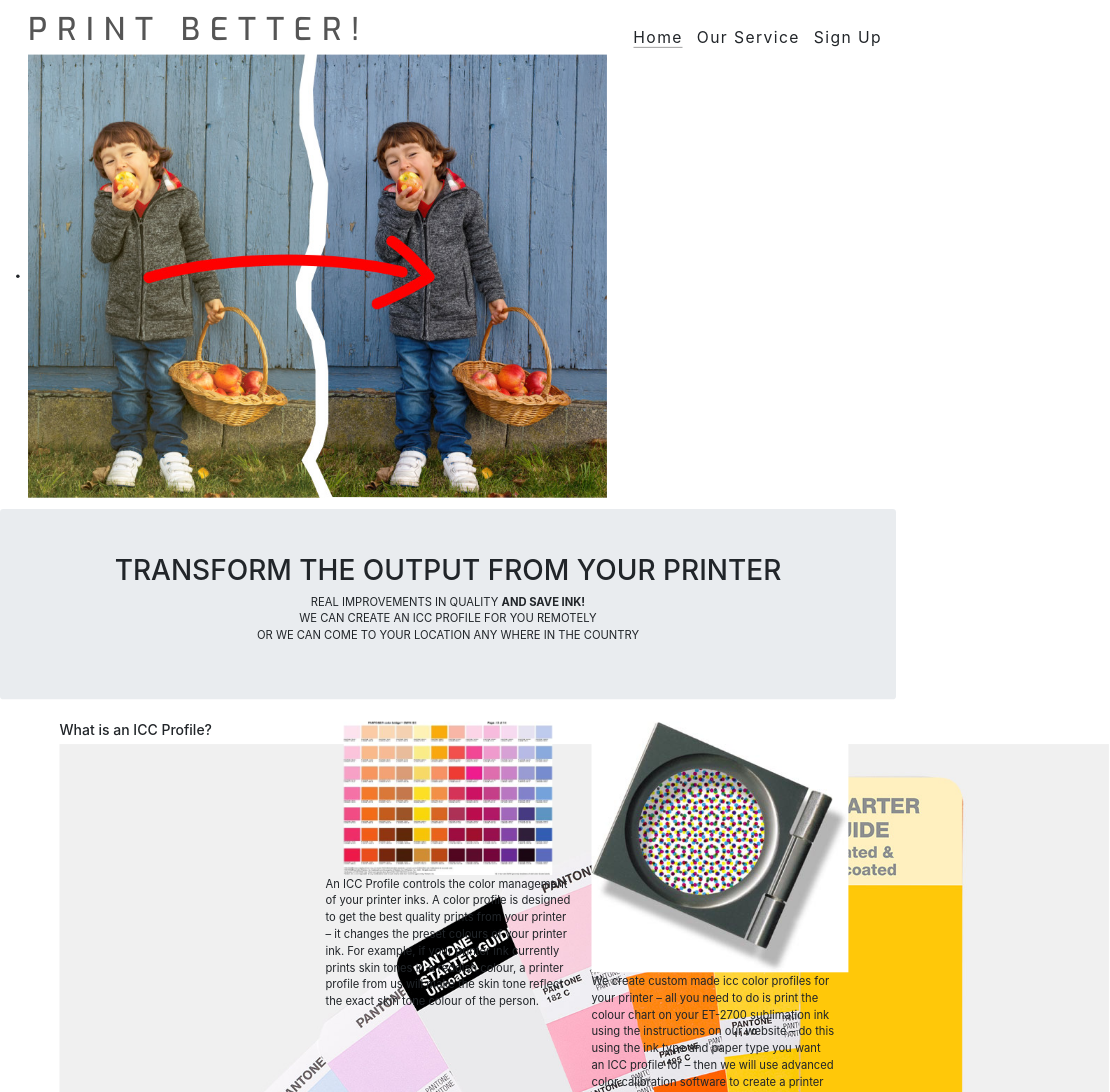
Repository: marks530/first_milestone
Page: index.html
The author's editor kept a copy of each file at every save. The page is drawn from the files as they stood at one save, then again after the next save.
The browser window is 1280 px wide. The page is 1585 px wide, so the pictures cover 1585 px, including what lies to the right of the window. The pictures show the part of the page from y = 0 to 1560 px (the page is 2787 px tall before and 2974 px after), at 70% of full size.
Some web libraries are served in a nearby version.

Above is the page before, as saved 2021-03-15 14:47:54.

### index.html
<!DOCTYPE html>
<html lang="en">

<head>
    <meta charset="UTF-8">
    <meta http-equiv="X-UA-Compatible" content="IE=edge">
    <meta name="viewport" content="width=device-width, initial-scale=1.0">
    <link href="css/style.css" rel="stylesheet" type="text/css" />
    <link rel="stylesheet" href="https://maxcdn.bootstrapcdn.com/bootstrap/4.2.1/css/bootstrap.min.css" type="text/css" />
    <link rel="stylesheet" href="https://maxcdn.bootstrapcdn.com/font-awesome/4.7.0/css/font-awesome.min.css" type="text/css" />
    <link rel="stylesheet" href="https://cdnjs.cloudflare.com/ajax/libs/hover.css/2.1.1/css/hover-min.css" type="text/css" />
    <title>Print Better</title>
</head>

<body>
    <header>
        <a href="index.html">
            <h2 id="logo">Print Better!</h2>
        </a>
        <nav>
            <ul id="menu">
                <li>
                    <a href="#">Sign Up</a>
                </li>
                <li>
                    <a href="service.html">Our Service</a>
                </li>

                <li>
                    <a class="active" href="index.html">Home</a>
                </li>

            </ul>
        </nav>
    </header>

    <section>

        <div>
            <ul id="loupe">
                <li>
                    <img src="images/before-after-profile.jpg" class="old-new">
                </li>

            </ul>
        </div>
        <div class="jumbotron text-center">
            <h1 class="uppercase">Transform the output from your Printer</h1>
            <p class="uppercase">Real improvements in quality <strong>and save ink!</strong><br>We can create an ICC profile for you remotely <br>or we can come to your location any where in the country
            </p>
        </div>
        <div class="container">
            <div class="row">
                <div class="col-sm-4">
                    <h5>What is an ICC Profile?</h5>
                    <img src="images/GG1511-pantone-graphics-starter-guide-pms-spot-color-selections-product-1.jpg" id="reduce">
                    <p>We can create an ICC profile for you remotely or we can come to your location any where in the country</p>

                </div>
                <div class="col-sm-4">

                    <img src="images/175ef3e6fb426de1555684fc70da2bc0.jpg" class="center" id="reduce">
                    <p>An ICC Profile controls the color management of your printer inks. A color profile is designed to get the best quality prints from your printer – it changes the preset colours of your printer ink. For example, if your printer ink currently
                        prints skin tones in a reddish colour, a printer profile from us will make the skin tone reflect the exact skin tone colour of the person. </p>

                </div>
                <div class="col-sm-4">

                    <img src="images/Loupe.png" id="reduce">
                    <p>We create custom made icc color profiles for your printer – all you need to do is print the colour chart on your ET-2700 sublimation ink using the instructions on our website – do this using the ink type and paper type you want an
                        ICC profile for – then we will use advanced color calibration software to create a printer profile for your Epson ET-2700 sublimation ink. We will then email this to you, and when printing your documents you will set your printer
                        settings to this printer profile so you gain the highest quality prints you can. </p>

                </div>
            </div>
        </div>

    </section>
    <footer class="container-fluid">
        <div id="footer-details" class="row">
            <div class="col-sm-4">
                <h5 class="uppercase general-sub">About</h5>
                <p class="inline-block">
                    Website created with images courtesy of Epson and X-Rite
                    <i class="fa fa-download" aria-hidden="true"></i>
                    <span class="sr-only">Download link</span>
                </p>
            </div>
            <div class="col-sm-4">
                <h5 class="uppercase general-sub">Service</h5>
                <p class="inline-block">
                    Website created with images courtesy of Epson and X-Rite

                </p>
            </div>
            <div class="col-sm-4">
                <h5 class="uppercase general-sub">Social</h5>
                <ul class="list-inline social-links">

                    <li class="list-inline-item">
                        <a href="#" target="_blank">
                            <i class="fa fa-twitter" aria-hidden="true"></i>
                            <span class="sr-only">Twitter</span>
                        </a>
                    </li>
                    <li class="list-inline-item">
                        <a href="#" target="_blank">
                            <i class="fa fa-facebook" aria-hidden="true"></i>
                            <span class="sr-only">Facebook</span>
                        </a>
                    </li>
                    <li class="list-inline-item">
                        <a href="#" target="_blank">
                            <i class="fa fa-instagram" aria-hidden="true"></i>
                            <span class="sr-only">Instagram</span>
                        </a>
                    </li>


                </ul>
            </div>

        </div>


    </footer>
</body>

</html>

### css/style.css
@import url('https://fonts.googleapis.com/css?family=Roboto:100,200,300,400,500,600,700|Exo:100,200,300,400,500,600,700');
body {
    font-family: Roboto;
    color: #777777
}

h2 {
    font-family: Exo;
    text-transform: uppercase;
    letter-spacing: 14px;
    color: #555555
}

#logo {
    float: left;
    font-size: 280%;
    margin-left: 40px;
}

#menu {
    font-size: 140%;
    list-style-type: none;
    letter-spacing: 2px;
}

#menu {
    line-height: 75px;
}

#menu li {
    float: right;
    margin-right: 20px;
}

#menu a {
    text-decoration: none;
    color: inherit;
}

#menu a:hover {
    border-bottom: 1px solid #777777;
}

.active {
    border-bottom: 1px solid #777777;
}

.center {
    display: block;
    margin-left: auto;
    margin-right: auto;
    width: 85%;
}

.old-new {
    max-width: 100%;
    height: auto;
    object-fit: contain;
}

#reduce {
    height: auto;
}

#move-image-down {
    margin-top: 30px;
}

.jumbotron {
    padding-left: 20px;
    padding-right: 20px;
}


/*---------------Special paddings/margins/text */

h1,
h2,
h3,
h4 {
    margin: 0;
}

.uppercase {
    text-transform: uppercase;
}

.general-sub {
    font-family: "Exo", sans serif;
    font-weight: 300;
    color: #fafafa;
}


/*---------------Footer */

footer {
    background-color: #525252;
    color: #fafafa;
    min-height: 120px;
    margin: 0;
}

.inline-block {
    display: inline-block;
}

.social-links {
    padding-bottom: 15px;
}

.social-links li a i {
    width: 32px;
    height: 32px;
    padding: 12px 0;
    border-radius: 50%;
    font-size: 13px;
    line-height: 7px;
    text-align: center;
    color: #fafafa;
    background: #8f8f8f;
    transition: all 0.35s ease-in-out;
    -moz-transition: all 0.35s ease-in-out;
    -webkit-transition: all 0.35s ease-in-out;
    -o-transition: all 0.35s ease-in-out;
}

.social-links li a i:hover {
    background: #e84610;
}

#footer-details {
    padding: 20px;
}

#footer-details {
    padding: 20px;
}

After the next save:
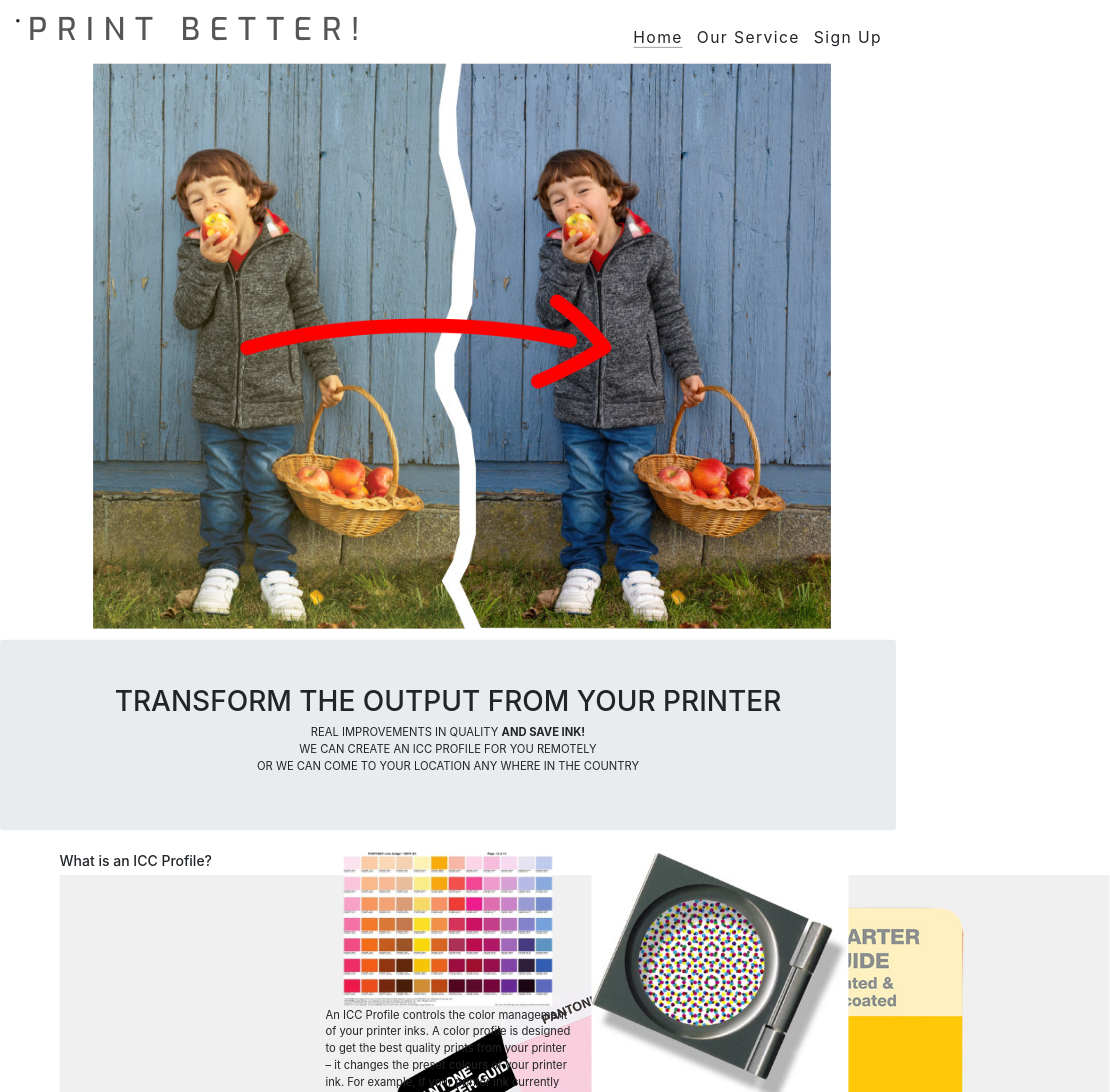
Saved 24 s later.
--- a/index.html
+++ b/index.html
@@ -37,9 +37,9 @@
     <section>
 
         <div>
-            <ul id="loupe">
+            <ul>
                 <li>
-                    <img src="images/before-after-profile.jpg" class="old-new">
+                    <img src="images/before-after-profile.jpg" class="center">
                 </li>
 
             </ul>
